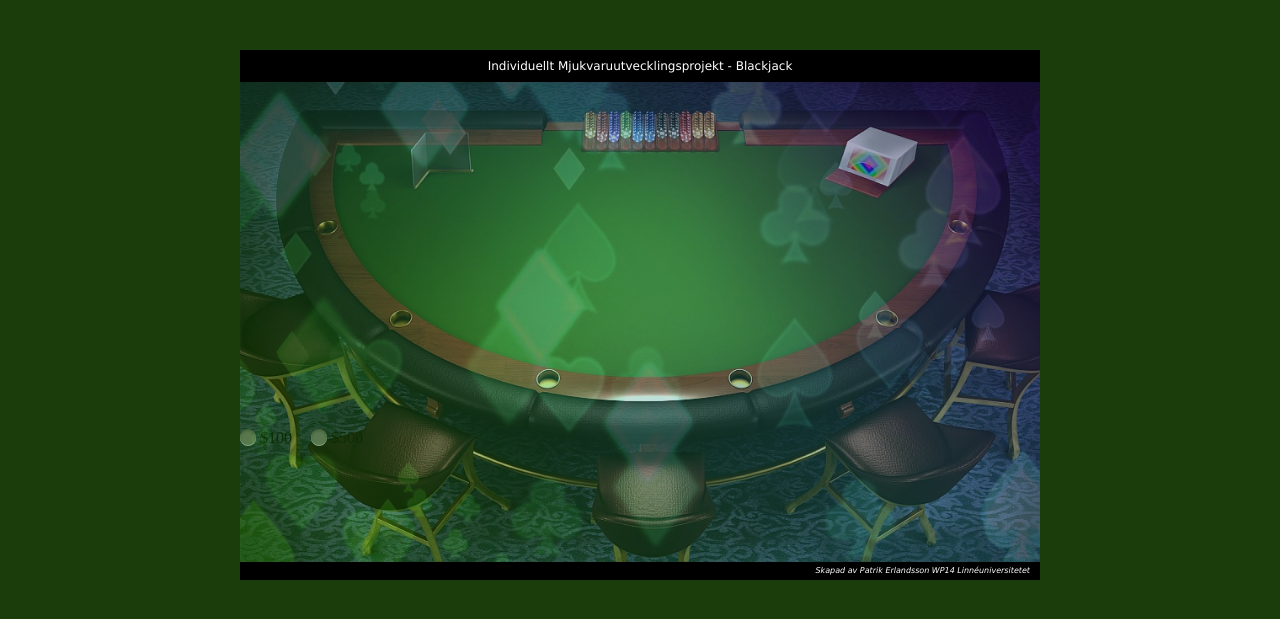
Repository: pat-erl/pe22dw.github.io
Page: index.html
The author's editor kept a record of every edit. The page is drawn from the files as they stood at one moment, then again after the next edit.
The browser window is 1280 px wide. The pictures show the whole page.

Above is the page before.
Console error: TypeError: Cannot set properties of null (setting 'className')

After the next edit:
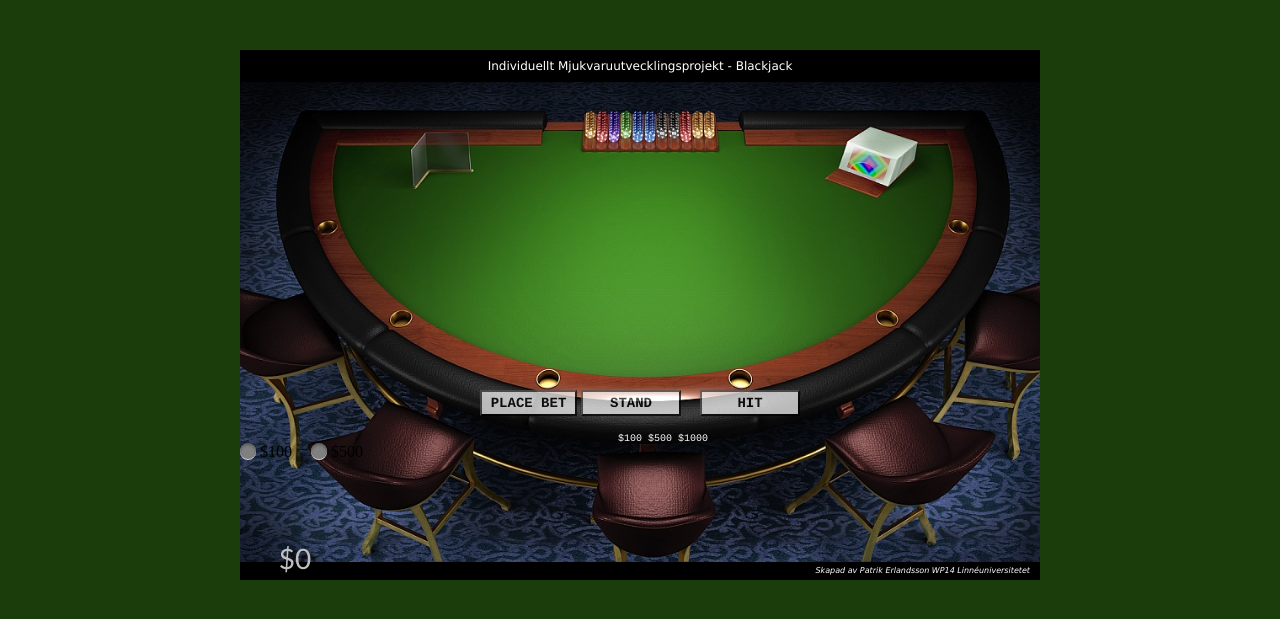
Console error: SyntaxError: missing ) after argument list
The edit:
--- a/js/Game.js
+++ b/js/Game.js
@@ -150,7 +150,7 @@
 
         },500);
 
-        //setTimeout(function(){
+        setTimeout(function(){
 
             Game.dealerHits();
 

After the edit that followed:
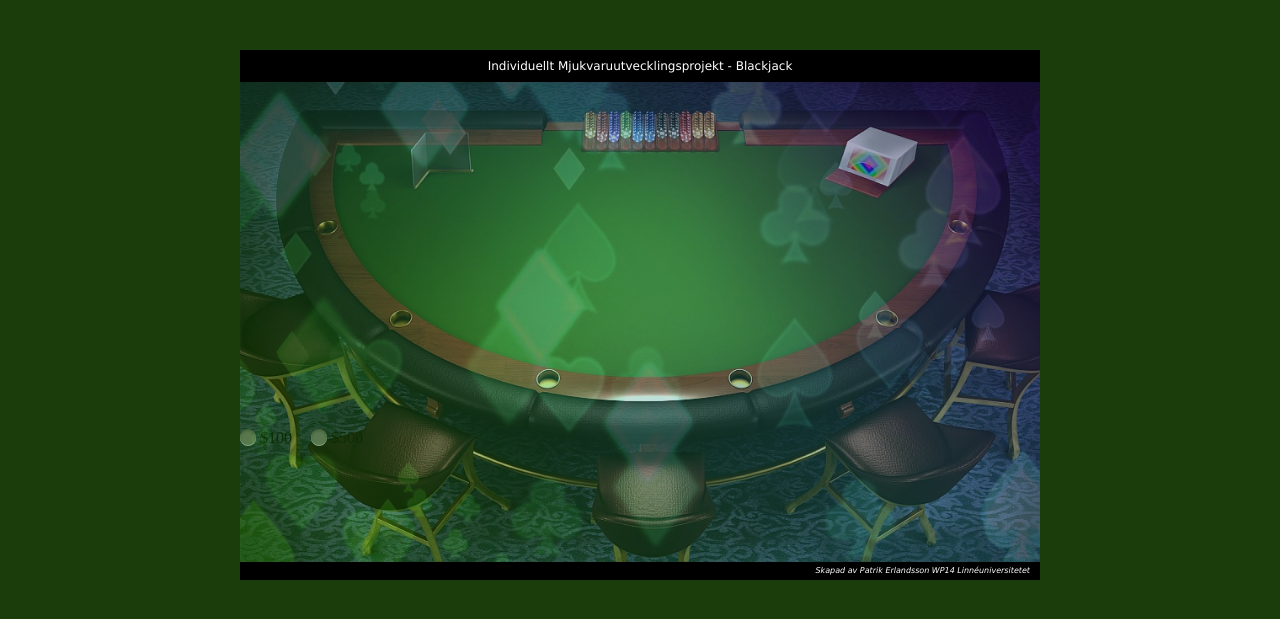
Console error: TypeError: Cannot set properties of null (setting 'className')
The edit:
--- a/js/Game.js
+++ b/js/Game.js
@@ -154,7 +154,7 @@
 
             Game.dealerHits();
 
-        //},500);
+        },500);
 
         setTimeout(function(){
 
